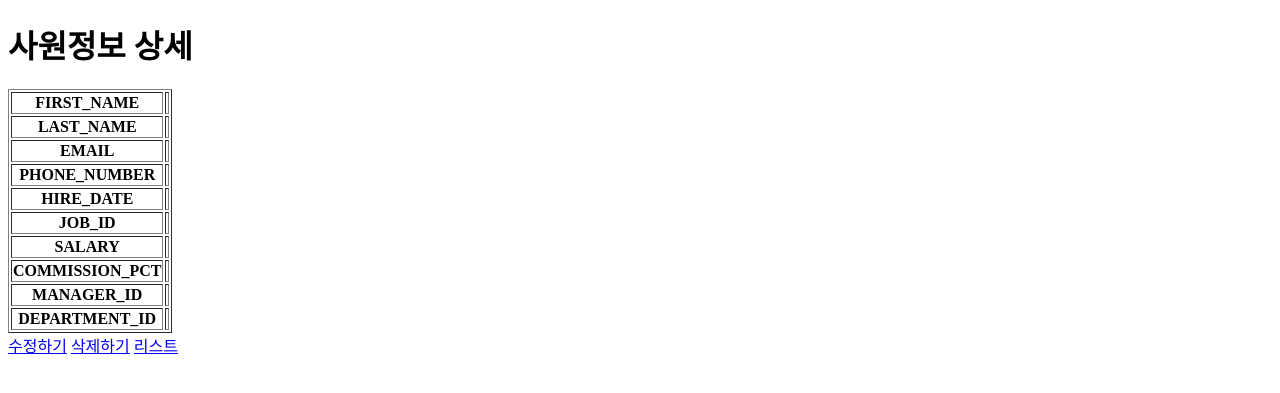
Repository: daehyuk1231/lect_labs_java
Page: http://localhost/springFW/WEB-INF/views/mvc02/hr/view.jsp
An editor plug-in stored every save of this project. The page is shown before and after the next save, followed by the edit.
The browser window is 1280 px wide. The pictures show the whole page.
The page is served by Tomcat 10. Nobody is signed in. The template is opened directly, without the code that normally fills it, so the values that code supplies are empty.

Above is the page before, as saved 2025-08-22 08:44:20.

After the next save:
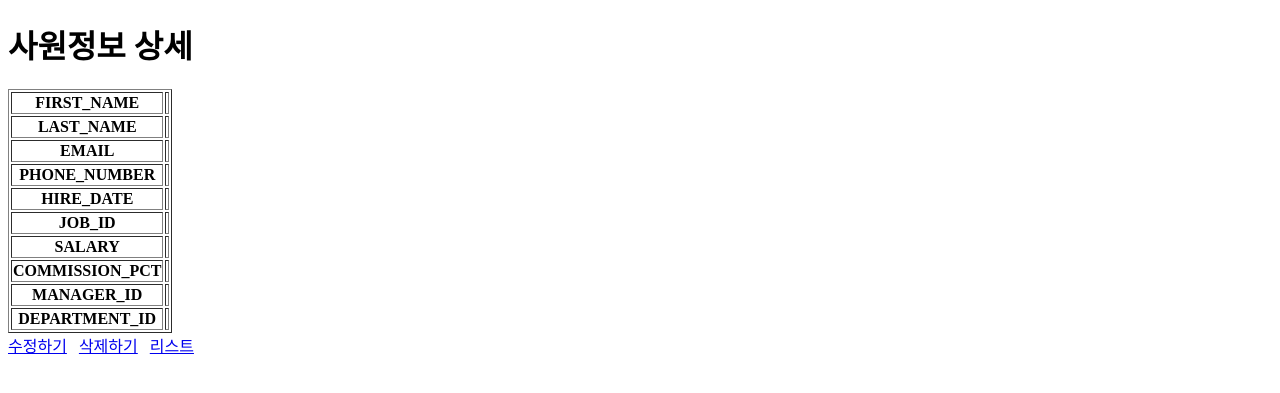
Saved 61 s later.
--- a/springFW/src/main/webapp/WEB-INF/views/mvc02/hr/view.jsp
+++ b/springFW/src/main/webapp/WEB-INF/views/mvc02/hr/view.jsp
@@ -50,8 +50,8 @@
 			<td>${emp.departmentId}</td>
 		</tr>
 	</table>
-	<a href="#">수정하기</a>
-	<a href="#">삭제하기</a>
+	<a href="#">수정하기</a> &nbsp;
+	<a href="#">삭제하기</a> &nbsp;
 	<a href="#">리스트</a>
 </body>
 </html>
